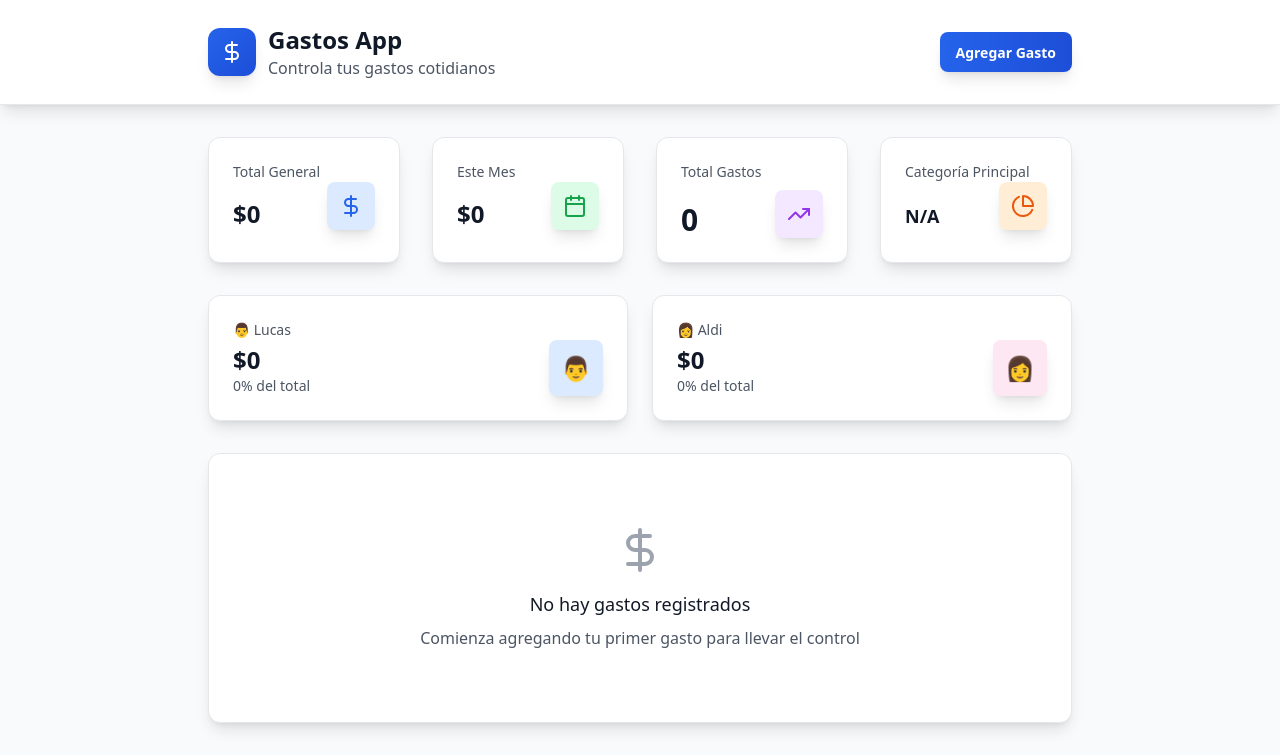
Repository: lucastenaglia/Gastosapp
Page: /
The author's editor kept a copy of each file at every save. The page is drawn from the files as they stood at one save, then again after the next save.
The browser window is 1280 px wide. The pictures show the whole page.
The page's requests for data from a server got no answer. The project was rebuilt for these pictures with package versions that can differ from the ones it lists, and the page was loaded fresh each time. No one was signed in, and anything a server would have sent is missing. Also part of the build but not shown: vite.config.js, src/components/ExpenseForm.jsx.

Above is the page before, as saved 2025-08-03 21:43:42.

### index.html
<!DOCTYPE html>
<html lang="es">
  <head>
    <meta charset="UTF-8" />
    <link rel="icon" type="image/svg+xml" href="data:[embedded picture, 125 characters]" />
    <meta name="viewport" content="width=device-width, initial-scale=1.0" />
    <title>Gastos App - Control de Gastos Cotidianos</title>
  </head>
  <body>
    <div id="root"></div>
    <script type="module" src="/src/main.jsx"></script>
  </body>
</html>

### src/App.jsx
import { useState, useEffect } from 'react'
import Header from './components/Header'
import ExpenseForm from './components/ExpenseForm'
import ExpenseList from './components/ExpenseList'
import ExpenseSummary from './components/ExpenseSummary'
import { getExpenses, addExpense, updateExpense, deleteExpense } from './services/expenseService'

function App() {
  const [expenses, setExpenses] = useState([])
  const [isFormOpen, setIsFormOpen] = useState(false)
  const [loading, setLoading] = useState(true)
  const [error, setError] = useState(null)

  // Cargar gastos al iniciar la aplicación
  useEffect(() => {
    loadExpenses()
  }, [])

  // Cerrar modal con Escape
  useEffect(() => {
    const handleEscape = (e) => {
      if (e.key === 'Escape' && isFormOpen) {
        setIsFormOpen(false)
      }
    }

    document.addEventListener('keydown', handleEscape)
    return () => document.removeEventListener('keydown', handleEscape)
  }, [isFormOpen])

  const loadExpenses = async () => {
    try {
      setLoading(true)
      const data = await getExpenses()
      setExpenses(data)
      setError(null)
    } catch (err) {
      setError('Error al cargar los gastos')
      console.error(err)
    } finally {
      setLoading(false)
    }
  }

  const handleAddExpense = async (expense) => {
    try {
      const newExpense = await addExpense(expense)
      setExpenses([newExpense, ...expenses])
      setIsFormOpen(false)
    } catch (err) {
      setError('Error al agregar el gasto')
      console.error(err)
    }
  }

  const handleDeleteExpense = async (id) => {
    try {
      await deleteExpense(id)
      setExpenses(expenses.filter(expense => expense.id !== id))
    } catch (err) {
      setError('Error al eliminar el gasto')
      console.error(err)
    }
  }

  const handleEditExpense = async (id, updatedExpense) => {
    try {
      const updated = await updateExpense(id, updatedExpense)
      setExpenses(expenses.map(expense =>
        expense.id === id ? updated : expense
      ))
    } catch (err) {
      setError('Error al actualizar el gasto')
      console.error(err)
    }
  }

  return (
    <div className="min-h-screen bg-gray-50">
      <Header onAddExpense={() => setIsFormOpen(true)} />

      <main className="container mx-auto px-4 py-8 max-w-4xl">
        {error && (
          <div className="bg-red-100 border border-red-400 text-red-700 px-4 py-3 rounded mb-6">
            {error}
          </div>
        )}

        <ExpenseSummary expenses={expenses} />

        <div className="mt-8">
          <ExpenseList
            expenses={expenses}
            onDelete={handleDeleteExpense}
            onEdit={handleEditExpense}
            loading={loading}
          />
        </div>
      </main>

      {/* Modal Overlay */}
      {isFormOpen && (
        <div
          className="fixed inset-0 bg-black bg-opacity-50 flex items-center justify-center z-50 p-4 animate-in fade-in duration-200"
          onClick={() => setIsFormOpen(false)}
        >
          <div
            className="bg-white rounded-xl shadow-2xl max-w-md w-full mx-4 max-h-[90vh] overflow-y-auto animate-in zoom-in-95 duration-200"
            onClick={(e) => e.stopPropagation()}
          >
            <ExpenseForm
              onSubmit={handleAddExpense}
              onCancel={() => setIsFormOpen(false)}
            />
          </div>
        </div>
      )}
    </div>
  )
}

export default App

### src/index.css
@tailwind base;
@tailwind components;
@tailwind utilities;

@layer base {
  body {
    @apply bg-gray-50 text-gray-900;
  }
}

@layer components {
                .btn-primary {
                @apply bg-primary-600 hover:bg-primary-700 text-white font-medium py-2 px-4 rounded-lg transition-all duration-300 shadow-md hover:shadow-lg hover:-translate-y-0.5 transform;
              }

              .btn-secondary {
                @apply bg-gray-200 hover:bg-gray-300 text-gray-800 font-medium py-2 px-4 rounded-lg transition-all duration-300 shadow-md hover:shadow-lg hover:-translate-y-0.5 transform;
              }

                .input-field {
                @apply w-full px-3 py-2 border border-gray-300 rounded-lg focus:outline-none focus:ring-2 focus:ring-primary-500 focus:border-transparent shadow-sm focus:shadow-md transition-all duration-300;
              }

                            .card {
                @apply bg-white rounded-xl shadow-lg border border-gray-200 p-6 transform transition-all duration-300 hover:shadow-2xl hover:-translate-y-1;
              }

              .modal-enter {
                @apply opacity-0 scale-95;
              }

              .modal-enter-active {
                @apply opacity-100 scale-100 transition-all duration-200 ease-out;
              }

              .modal-exit {
                @apply opacity-100 scale-100;
              }

              .modal-exit-active {
                @apply opacity-0 scale-95 transition-all duration-200 ease-in;
              }
}

### src/components/Header.jsx
import { Plus, DollarSign } from 'lucide-react'

const Header = ({ onAddExpense }) => {
  return (
    <header className="bg-white shadow-lg border-b border-gray-200">
      <div className="container mx-auto px-4 py-6 max-w-4xl">
        <div className="flex items-center justify-between">
          <div className="flex items-center space-x-3">
            <div className="bg-gradient-to-br from-primary-600 to-primary-700 p-3 rounded-xl shadow-lg">
              <DollarSign className="h-6 w-6 text-white" />
            </div>
            <div>
              <h1 className="text-2xl font-bold text-gray-900">Gastos App</h1>
              <p className="text-gray-600">Controla tus gastos cotidianos</p>
            </div>
          </div>

          <button
            onClick={onAddExpense}
            className="bg-gradient-to-r from-primary-600 to-primary-700 active:from-primary-800 active:to-primary-900 text-white font-semibold py-2 px-4 rounded-lg shadow-lg hover:shadow-xl active:shadow-md active:translate-y-0.5 transition-all duration-200 border-0 focus:outline-none focus:ring-2 focus:ring-primary-300"
          >
            <span className="text-sm">Agregar Gasto</span>
          </button>
        </div>
      </div>
    </header>
  )
}

export default Header

### src/components/ExpenseList.jsx
import { useState } from 'react'
import { Trash2, Edit, Calendar, DollarSign } from 'lucide-react'

const ExpenseList = ({ expenses, onDelete, onEdit, loading }) => {
  const [editingId, setEditingId] = useState(null)
  const [editForm, setEditForm] = useState({})

  const categoryIcons = {
    comida: '🍽️',
    super: '🛒',
    auto: '🚗',
    entretenimiento: '🎮',
    salud: '💊',
    ropa: '👕',
    hogar: '🏠',
    otros: '📦'
  }

  const categoryColors = {
    comida: 'bg-orange-100 text-orange-800',
    super: 'bg-red-100 text-red-800',
    auto: 'bg-blue-100 text-blue-800',
    entretenimiento: 'bg-purple-100 text-purple-800',
    salud: 'bg-green-100 text-green-800',
    ropa: 'bg-pink-100 text-pink-800',
    hogar: 'bg-yellow-100 text-yellow-800',
    otros: 'bg-gray-100 text-gray-800'
  }

  const handleEdit = (expense) => {
    setEditingId(expense.id)
    setEditForm({
      description: expense.description,
      amount: expense.amount.toString(),
      category: expense.category,
      person: expense.person || 'lucas',
      date: expense.date
    })
  }

  const handleSaveEdit = (id) => {
    onEdit(id, {
      ...editForm,
      amount: parseFloat(editForm.amount)
    })
    setEditingId(null)
    setEditForm({})
  }

  const handleCancelEdit = () => {
    setEditingId(null)
    setEditForm({})
  }

  const formatDate = (dateString) => {
    const date = new Date(dateString)
    return date.toLocaleDateString('es-ES', {
      year: 'numeric',
      month: 'short',
      day: 'numeric'
    })
  }

  if (loading) {
    return (
      <div className="card">
        <div className="text-center py-12">
          <div className="animate-spin rounded-full h-12 w-12 border-b-2 border-primary-600 mx-auto mb-4"></div>
          <h3 className="text-lg font-medium text-gray-900 mb-2">
            Cargando gastos...
          </h3>
          <p className="text-gray-600">
            Conectando con la base de datos
          </p>
        </div>
      </div>
    )
  }

  if (expenses.length === 0) {
    return (
      <div className="card">
        <div className="text-center py-12">
          <DollarSign className="h-12 w-12 text-gray-400 mx-auto mb-4" />
          <h3 className="text-lg font-medium text-gray-900 mb-2">
            No hay gastos registrados
          </h3>
          <p className="text-gray-600">
            Comienza agregando tu primer gasto para llevar el control
          </p>
        </div>
      </div>
    )
  }

  return (
    <div className="card">
      <h2 className="text-xl font-semibold text-gray-900 mb-6">
        Historial de Gastos
      </h2>

      <div className="space-y-3">
        {expenses.map(expense => (
          <div key={expense.id} className="border border-gray-200 rounded-lg p-3 sm:p-4 bg-white shadow-md hover:shadow-xl hover:-translate-y-1 transform transition-all duration-300">
            {editingId === expense.id ? (
              <div className="space-y-3">
                <input
                  type="text"
                  value={editForm.description}
                  onChange={(e) => setEditForm({...editForm, description: e.target.value})}
                  className="input-field"
                />
                <div className="grid grid-cols-1 sm:grid-cols-2 gap-3">
                  <input
                    type="number"
                    value={editForm.amount}
                    onChange={(e) => setEditForm({...editForm, amount: e.target.value})}
                    className="input-field"
                    step="1"
                    min="0"
                  />
                  <select
                    value={editForm.category}
                    onChange={(e) => setEditForm({...editForm, category: e.target.value})}
                    className="input-field"
                  >
                    <option value="comida">🍽️ Comida</option>
                    <option value="super">🛒 Super</option>
                    <option value="auto">🚗 Auto</option>
                    <option value="entretenimiento">🎮 Entretenimiento</option>
                    <option value="salud">💊 Salud</option>
                    <option value="ropa">👕 Ropa</option>
                    <option value="hogar">🏠 Hogar</option>
                    <option value="otros">📦 Otros</option>
                  </select>
                </div>
                <div className="grid grid-cols-1 sm:grid-cols-2 gap-3">
                  <select
                    value={editForm.person}
                    onChange={(e) => setEditForm({...editForm, person: e.target.value})}
                    className="input-field"
                  >
                    <option value="lucas">👨 Lucas</option>
                    <option value="aldi">👩 Aldi</option>
                  </select>
                  <input
                    type="date"
                    value={editForm.date}
                    onChange={(e) => setEditForm({...editForm, date: e.target.value})}
                    className="input-field"
                  />
                </div>
                <div className="flex space-x-2">
                  <button
                    onClick={() => handleSaveEdit(expense.id)}
                    className="btn-primary text-sm flex-1"
                  >
                    Guardar
                  </button>
                  <button
                    onClick={handleCancelEdit}
                    className="btn-secondary text-sm flex-1"
                  >
                    Cancelar
                  </button>
                </div>
              </div>
            ) : (
              <div className="space-y-3">
                {/* Header con icono, descripción y monto */}
                <div className="flex items-start justify-between">
                  <div className="flex items-center space-x-3 flex-1 min-w-0">
                    <div className={`p-2 rounded-lg flex-shrink-0 ${categoryColors[expense.category]}`}>
                      <span className="text-lg">{categoryIcons[expense.category]}</span>
                    </div>

                    <div className="flex-1 min-w-0">
                      <h3 className="font-medium text-gray-900 truncate">
                        {expense.description}
                      </h3>
                      <div className="flex items-center space-x-2 text-sm text-gray-600 mt-1">
                        <span className="flex items-center space-x-1">
                          <Calendar className="h-3 w-3" />
                          <span className="hidden sm:inline">{formatDate(expense.date)}</span>
                          <span className="sm:hidden">{new Date(expense.date).toLocaleDateString('es-ES', { day: '2-digit', month: '2-digit' })}</span>
                        </span>
                        <span className="hidden sm:inline">•</span>
                        <span className="capitalize text-xs sm:text-sm">{expense.category}</span>
                      </div>
                    </div>
                  </div>

                  <div className="flex items-center space-x-2 flex-shrink-0">
                    <span className="text-lg font-semibold text-gray-900">
                      ${expense.amount}
                    </span>

                    <div className="flex space-x-1">
                      <button
                        onClick={() => handleEdit(expense)}
                        className="p-1 text-gray-400 hover:text-blue-600 transition-colors"
                        title="Editar"
                      >
                        <Edit className="h-4 w-4" />
                      </button>
                      <button
                        onClick={() => onDelete(expense.id)}
                        className="p-1 text-gray-400 hover:text-red-600 transition-colors"
                        title="Eliminar"
                      >
                        <Trash2 className="h-4 w-4" />
                      </button>
                    </div>
                  </div>
                </div>

                {/* Información adicional en móvil */}
                <div className="sm:hidden flex items-center justify-between text-sm text-gray-600 border-t pt-2">
                  <span className="flex items-center space-x-1">
                    <span>{expense.person === 'lucas' ? '👨' : '👩'}</span>
                    <span className="capitalize">{expense.person || 'lucas'}</span>
                  </span>
                  <span className="text-xs">
                    {new Date(expense.date).toLocaleDateString('es-ES', { year: 'numeric' })}
                  </span>
                </div>
              </div>
            )}
          </div>
        ))}
      </div>
    </div>
  )
}

export default ExpenseList

### src/components/ExpenseSummary.jsx
import { TrendingUp, Calendar, DollarSign, PieChart } from 'lucide-react'

const ExpenseSummary = ({ expenses }) => {
  const totalExpenses = expenses.reduce((sum, expense) => sum + expense.amount, 0)

  const today = new Date()
  const thisMonth = today.getMonth()
  const thisYear = today.getFullYear()

  const monthlyExpenses = expenses.filter(expense => {
    const expenseDate = new Date(expense.date)
    return expenseDate.getMonth() === thisMonth && expenseDate.getFullYear() === thisYear
  })

  const monthlyTotal = monthlyExpenses.reduce((sum, expense) => sum + expense.amount, 0)

  const categoryTotals = expenses.reduce((acc, expense) => {
    acc[expense.category] = (acc[expense.category] || 0) + expense.amount
    return acc
  }, {})

  const topCategory = Object.entries(categoryTotals).sort(([,a], [,b]) => b - a)[0]

  // Estadísticas por persona
  const personTotals = expenses.reduce((acc, expense) => {
    const person = expense.person || 'lucas'
    acc[person] = (acc[person] || 0) + expense.amount
    return acc
  }, {})

  const lucasTotal = personTotals.lucas || 0
  const aldiTotal = personTotals.aldi || 0

  const formatCurrency = (amount) => {
    return `$${Math.round(amount).toLocaleString('en-US')}`
  }

  return (
    <div className="space-y-4 sm:space-y-8">
      {/* Primera fila - Estadísticas generales */}
      <div className="grid grid-cols-2 lg:grid-cols-4 gap-3 sm:gap-6 lg:gap-8">
                 {/* Total General */}
         <div className="card relative p-4 sm:p-6">
           <div>
             <p className="text-xs sm:text-sm font-medium text-gray-600">Total General</p>
             <div className="flex items-end justify-between">
               <p className="text-lg sm:text-2xl font-bold text-gray-900">
                 {formatCurrency(totalExpenses)}
               </p>
               <div className="bg-blue-100 p-2 sm:p-3 rounded-lg shadow-lg">
                 <DollarSign className="h-4 w-4 sm:h-6 sm:w-6 text-blue-600" />
               </div>
             </div>
           </div>
         </div>

                 {/* Gastos del Mes */}
         <div className="card relative p-4 sm:p-6">
           <div>
             <p className="text-xs sm:text-sm font-medium text-gray-600">Este Mes</p>
             <div className="flex items-end justify-between">
               <p className="text-lg sm:text-2xl font-bold text-gray-900">
                 {formatCurrency(monthlyTotal)}
               </p>
               <div className="bg-green-100 p-2 sm:p-3 rounded-lg shadow-lg">
                 <Calendar className="h-4 w-4 sm:h-6 sm:w-6 text-green-600" />
               </div>
             </div>
           </div>
         </div>

                 {/* Total de Gastos */}
         <div className="card relative p-4 sm:p-6">
           <div>
             <p className="text-xs sm:text-sm font-medium text-gray-600">Total Gastos</p>
             <div className="flex items-end justify-between mt-2">
               <p className="text-2xl sm:text-3xl font-bold text-gray-900">
                 {expenses.length}
               </p>
               <div className="bg-purple-100 p-2 sm:p-3 rounded-lg shadow-lg self-end">
                 <TrendingUp className="h-4 w-4 sm:h-6 sm:w-6 text-purple-600" />
               </div>
             </div>
           </div>
         </div>

                 {/* Categoría Principal */}
         <div className="card relative p-4 sm:p-6">
           <div>
             <p className="text-xs sm:text-sm font-medium text-gray-600">Categoría Principal</p>
             <div className="flex items-end justify-between">
               <div>
                 <p className="text-base sm:text-lg font-semibold text-gray-900 capitalize">
                   {topCategory ? topCategory[0] : 'N/A'}
                 </p>
                 {topCategory && (
                   <p className="text-xs sm:text-sm text-gray-600">
                     {formatCurrency(topCategory[1])}
                   </p>
                 )}
               </div>
               <div className="bg-orange-100 p-2 sm:p-3 rounded-lg shadow-lg">
                 <PieChart className="h-4 w-4 sm:h-6 sm:w-6 text-orange-600" />
               </div>
             </div>
           </div>
         </div>
      </div>

      {/* Segunda fila - Estadísticas por persona */}
      <div className="grid grid-cols-1 sm:grid-cols-2 gap-3 sm:gap-6">
                 {/* Gastos de Lucas */}
         <div className="card relative p-4 sm:p-6">
           <div>
             <p className="text-xs sm:text-sm font-medium text-gray-600">👨 Lucas</p>
             <div className="flex items-end justify-between">
               <div>
                 <p className="text-lg sm:text-2xl font-bold text-gray-900">
                   {formatCurrency(lucasTotal)}
                 </p>
                 <p className="text-xs sm:text-sm text-gray-600">
                   {totalExpenses > 0 ? `${((lucasTotal / totalExpenses) * 100).toFixed(1)}%` : '0%'} del total
                 </p>
               </div>
               <div className="bg-blue-100 p-2 sm:p-3 rounded-lg shadow-lg">
                 <span className="text-lg sm:text-2xl">👨</span>
               </div>
             </div>
           </div>
         </div>

                 {/* Gastos de Aldi */}
         <div className="card relative p-4 sm:p-6">
           <div>
             <p className="text-xs sm:text-sm font-medium text-gray-600">👩 Aldi</p>
             <div className="flex items-end justify-between">
               <div>
                 <p className="text-lg sm:text-2xl font-bold text-gray-900">
                   {formatCurrency(aldiTotal)}
                 </p>
                 <p className="text-xs sm:text-sm text-gray-600">
                   {totalExpenses > 0 ? `${((aldiTotal / totalExpenses) * 100).toFixed(1)}%` : '0%'} del total
                 </p>
               </div>
               <div className="bg-pink-100 p-2 sm:p-3 rounded-lg shadow-lg">
                 <span className="text-lg sm:text-2xl">👩</span>
               </div>
             </div>
           </div>
         </div>
      </div>
    </div>
  )
}

export default ExpenseSummary

### src/lib/supabase.js
import { createClient } from '@supabase/supabase-js'

// Configuración de Supabase
const supabaseUrl = 'https://tiarifmkqcayodakifqu.supabase.co'
const supabaseAnonKey = 'eyJhbGciOiJIUzI1NiIsInR5cCI6IkpXVCJ9.eyJpc3MiOiJzdXBhYmFzZSIsInJlZiI6InRpYXJpZm1rcWNheW9kYWtpZnF1Iiwicm9sZSI6ImFub24iLCJpYXQiOjE3NTQyMzYxMzcsImV4cCI6MjA2OTgxMjEzN30.qJr6Xvo0UF5_XPq4UWidASjwgjcWPFJ8CqR6mAHSsTU'

export const supabase = createClient(supabaseUrl, supabaseAnonKey)

### tailwind.config.js
/** @type {import('tailwindcss').Config} */
export default {
  content: [
    "./index.html",
    "./src/**/*.{js,ts,jsx,tsx}",
  ],
  theme: {
    extend: {
      colors: {
        primary: {
          50: '#eff6ff',
          500: '#3b82f6',
          600: '#2563eb',
          700: '#1d4ed8',
        }
      }
    },
  },
  plugins: [],
}

Loaded but not shown: src/main.jsx (common file); src/services/expenseService.js (78 lines, source omitted)

After the next save:
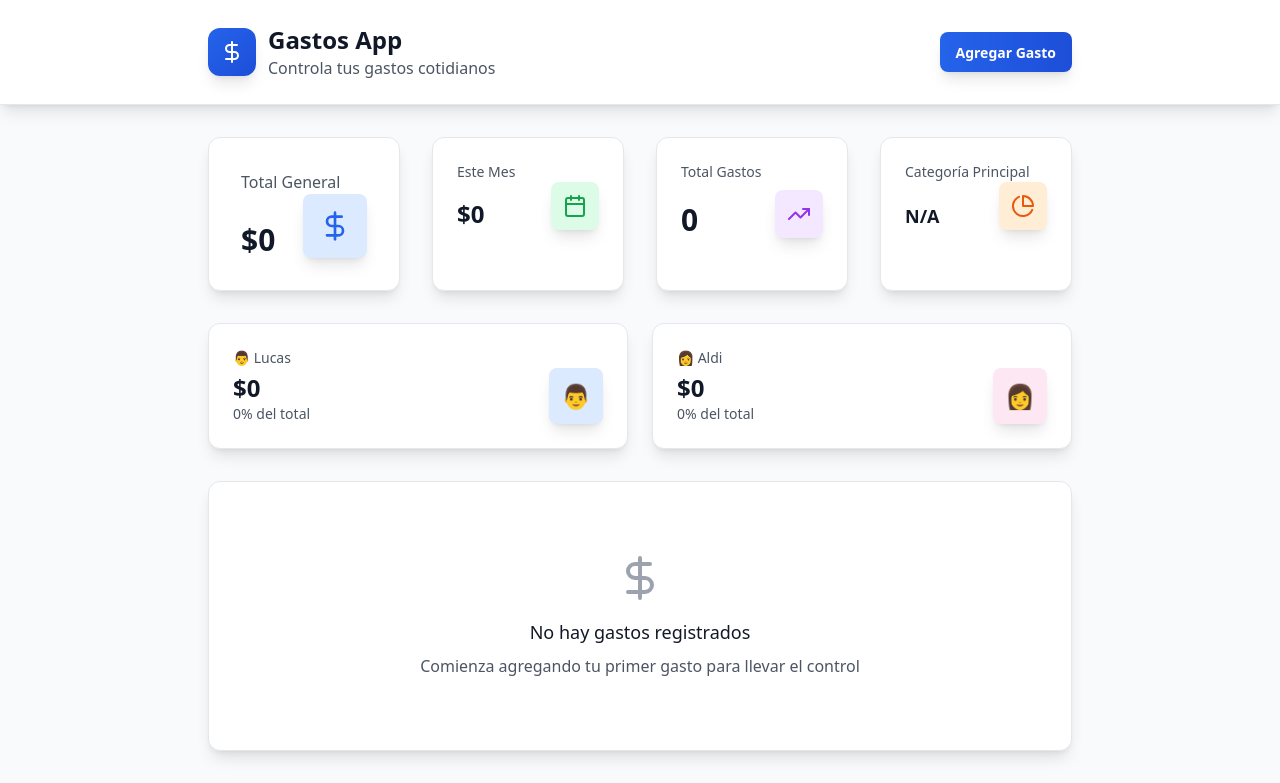
Saved 10 s later.
--- a/src/components/ExpenseSummary.jsx
+++ b/src/components/ExpenseSummary.jsx
@@ -40,15 +40,15 @@ const ExpenseSummary = ({ expenses }) => {
       {/* Primera fila - Estadísticas generales */}
       <div className="grid grid-cols-2 lg:grid-cols-4 gap-3 sm:gap-6 lg:gap-8">
                  {/* Total General */}
-         <div className="card relative p-4 sm:p-6">
+         <div className="card relative p-4 sm:p-6 lg:p-8">
            <div>
-             <p className="text-xs sm:text-sm font-medium text-gray-600">Total General</p>
+             <p className="text-xs sm:text-sm lg:text-base font-medium text-gray-600">Total General</p>
              <div className="flex items-end justify-between">
-               <p className="text-lg sm:text-2xl font-bold text-gray-900">
+               <p className="text-lg sm:text-2xl lg:text-3xl font-bold text-gray-900">
                  {formatCurrency(totalExpenses)}
                </p>
-               <div className="bg-blue-100 p-2 sm:p-3 rounded-lg shadow-lg">
-                 <DollarSign className="h-4 w-4 sm:h-6 sm:w-6 text-blue-600" />
+               <div className="bg-blue-100 p-2 sm:p-3 lg:p-4 rounded-lg shadow-lg">
+                 <DollarSign className="h-4 w-4 sm:h-6 sm:w-6 lg:h-8 lg:w-8 text-blue-600" />
                </div>
              </div>
            </div>
